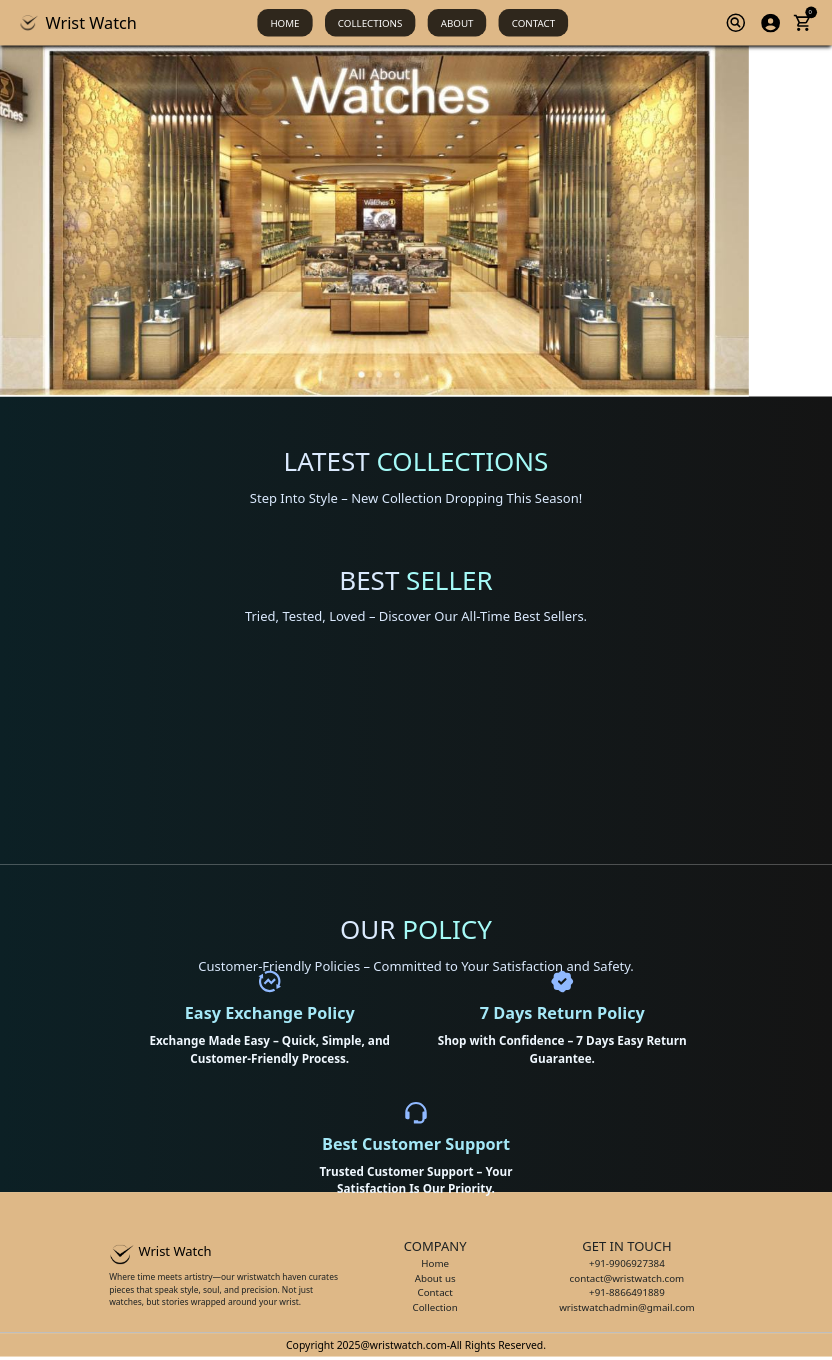
Repository: mansibhanushali/online_watch_ecommerce_mernstack_webapplication
Page: / (app in frontend/)
The author's editor kept a copy of each file at every save. The page is drawn from the files as they stood at one save, then again after the next save.
The browser window is 1280 px wide. The pictures show the whole page, at 65% of full size.
The page's requests for data from a server got no answer. The project was rebuilt for these pictures with package versions that can differ from the ones it lists, and the page was loaded fresh each time. No one was signed in, and anything a server would have sent is missing. Also part of the build but not shown: frontend/vite.config.js, frontend/src/component/Loading.jsx, frontend/src/pages/Registration.jsx, frontend/src/component/Card.jsx, frontend/src/pages/Login.jsx, frontend/src/pages/About.jsx, frontend/src/pages/Collections.jsx, frontend/src/pages/Contact.jsx and 6 more.

Above is the page before, as saved 2025-08-15 22:30:56.

After the next save:
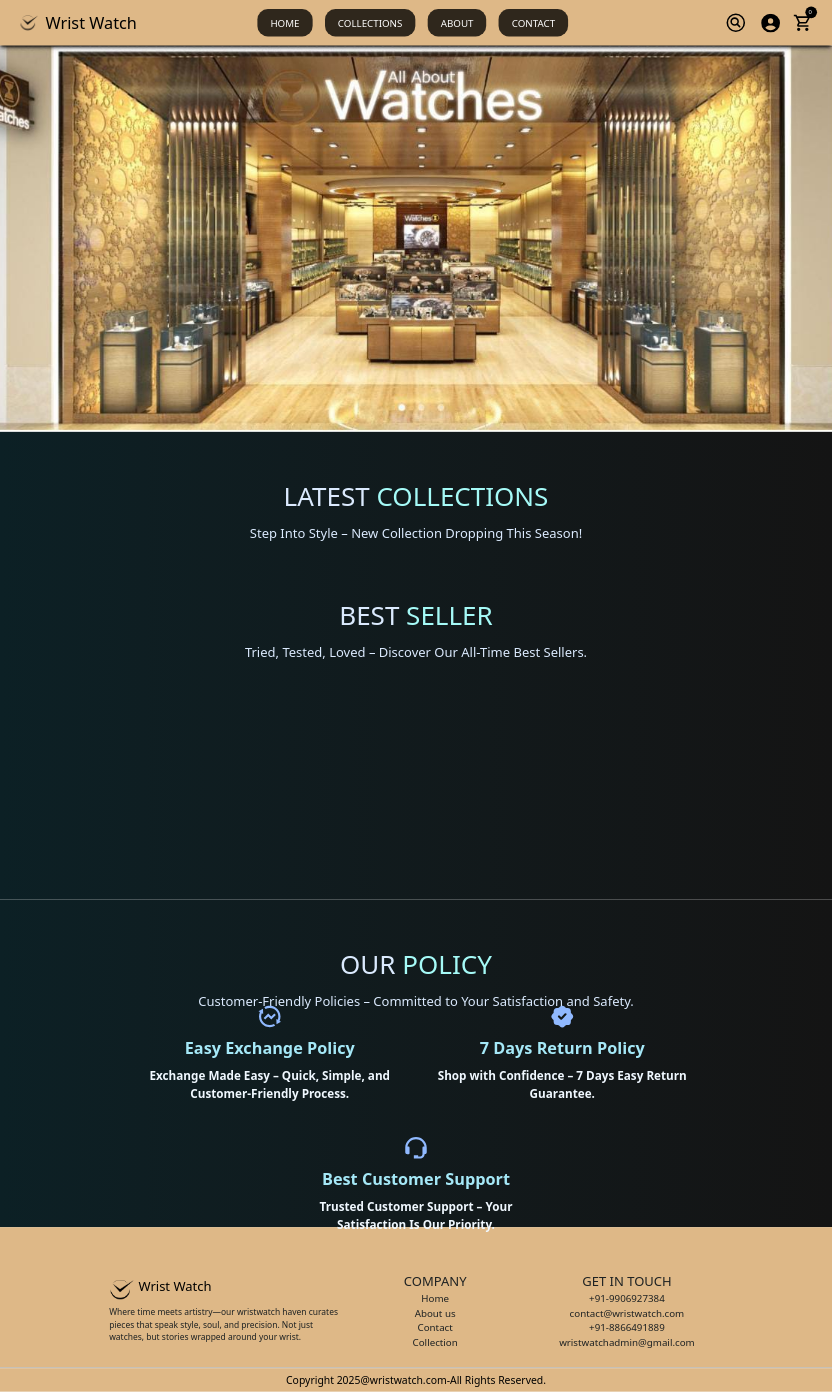
Saved 24 s later.
--- a/frontend/src/pages/Home.jsx
+++ b/frontend/src/pages/Home.jsx
@@ -16,7 +16,7 @@ function Home() {
 
   return (
     <div className="overflow-x-hidden relative top-[70px]">
-      <div className="w-[90vw] lg:h-[50vh] md:h-[50vh] sm:h-[30vh] bg-gradient-to-l from-[burlwood] to-[burlywood]">
+      <div className="w-[100vw] lg:h-[55vh] md:h-[50vh] sm:h-[30vh] bg-gradient-to-l from-[burlwood] to-[burlywood]">
         <Backgound heroCount={heroCount} />
       </div>
       <Product />
